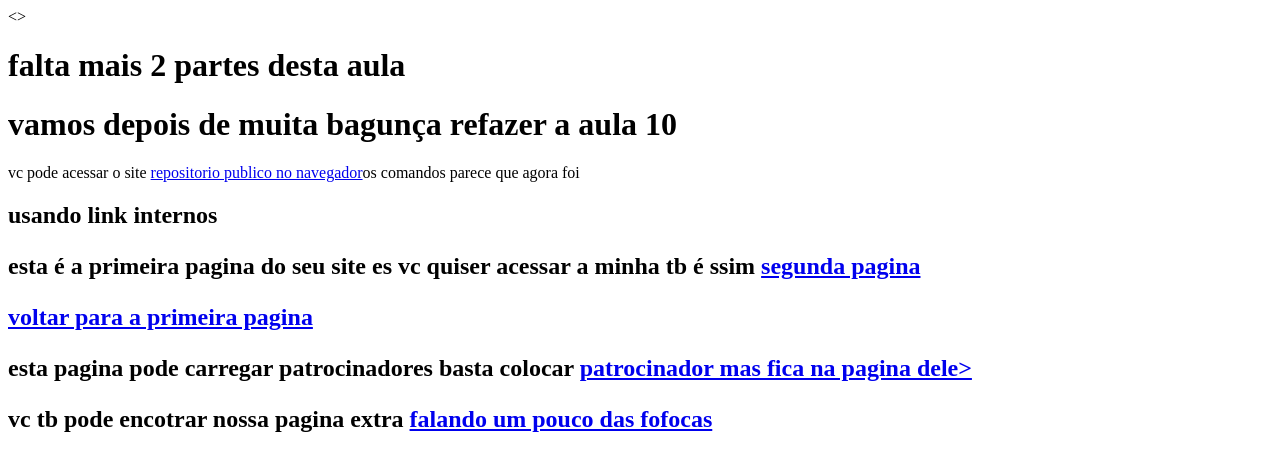
Repository: DorivalJunior14/exercicios
Page: aula10.html/pagoo2.html
The author's editor kept a copy of each file at every save. The page is drawn from the files as they stood at one save, then again after a run of saves.
The browser window is 1280 px wide. The pictures show the whole page.

Above is the page before, as saved 2020-12-08 11:00:44.

After the next 2 saves:
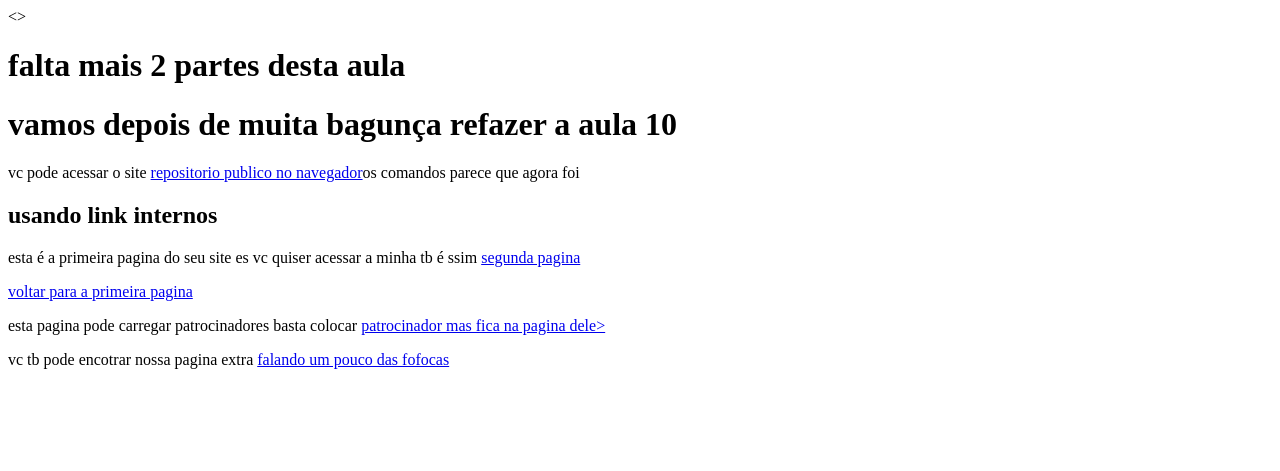
The 2 saves are shown as one change because they came seconds apart.
The last was saved 11 s later.
--- a/aula10.html/pagoo2.html
+++ b/aula10.html/pagoo2.html
@@ -8,7 +8,7 @@
     <h1>falta mais 2 partes desta aula</h1><!--que vai ser continuada aqui-->
   <h1>vamos depois de muita bagunça refazer a aula 10</h1>
     <p>vc pode acessar o site <a href="https://www.facebook.com/junior.muccillo" target="_blank"rel="external">repositorio publico no navegador</a>os comandos parece que agora foi</p>
-    <h2>usando link internos
+    <h2>usando link internos</h2>
   <p> esta é a primeira pagina do seu site es vc quiser acessar a minha tb é ssim <a href="pagoo2.html"rel="next">segunda pagina</a> </p>
   <p><a href="index.html" rel="prev">voltar para a primeira pagina</a></p>
   <p>esta pagina pode carregar patrocinadores basta colocar
